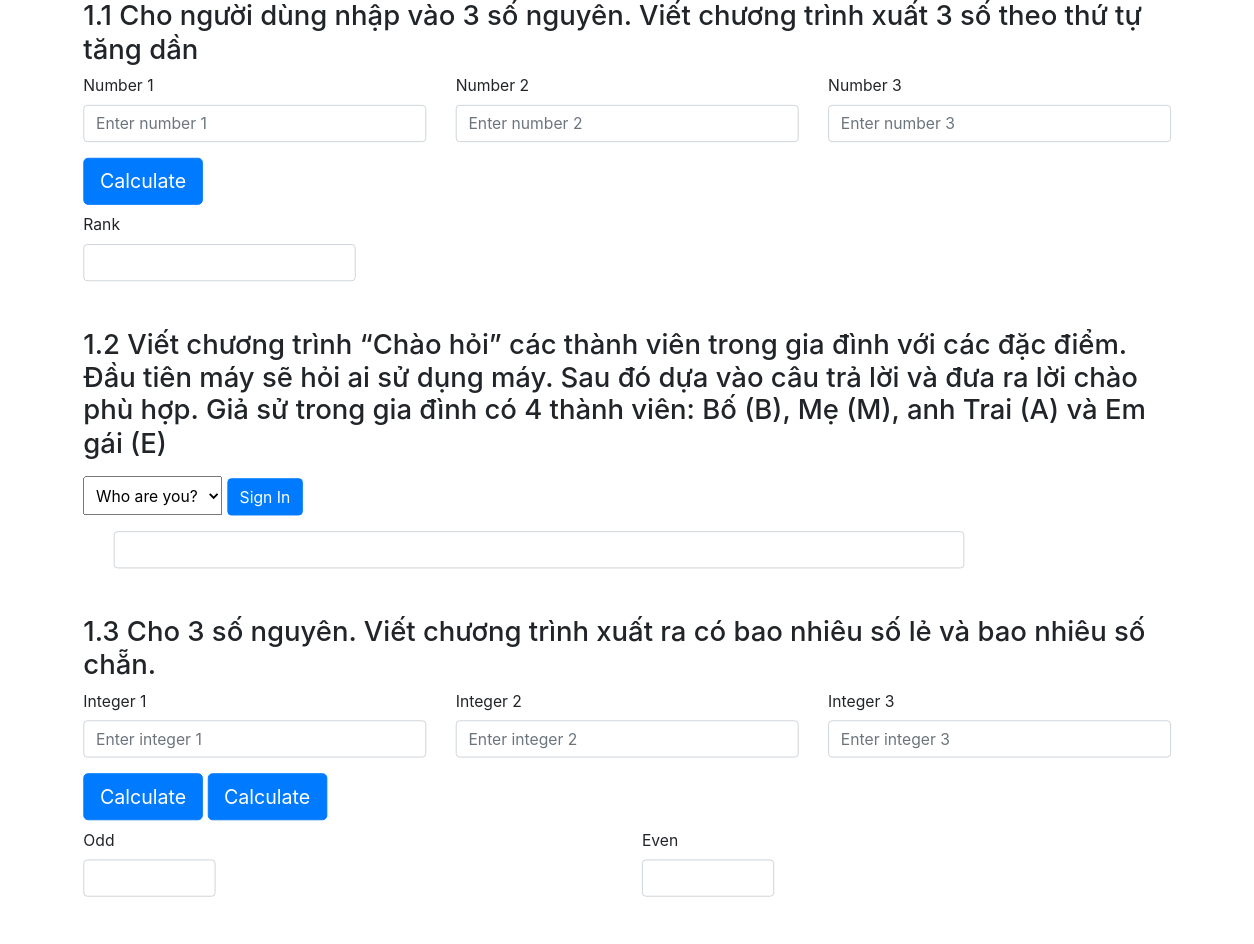
Repository: baobaodeveloper/bootscamp21__jsbasic__HuynhAnhBao
Page: index.html
The author's editor kept a copy of each file at every save. The page is drawn from the files as they stood at one save, then again after the next save.
The browser window is 1280 px wide. The pictures show the whole page, at 98% of full size.

Above is the page before, as saved 2022-03-10 19:05:27.

After the next save:
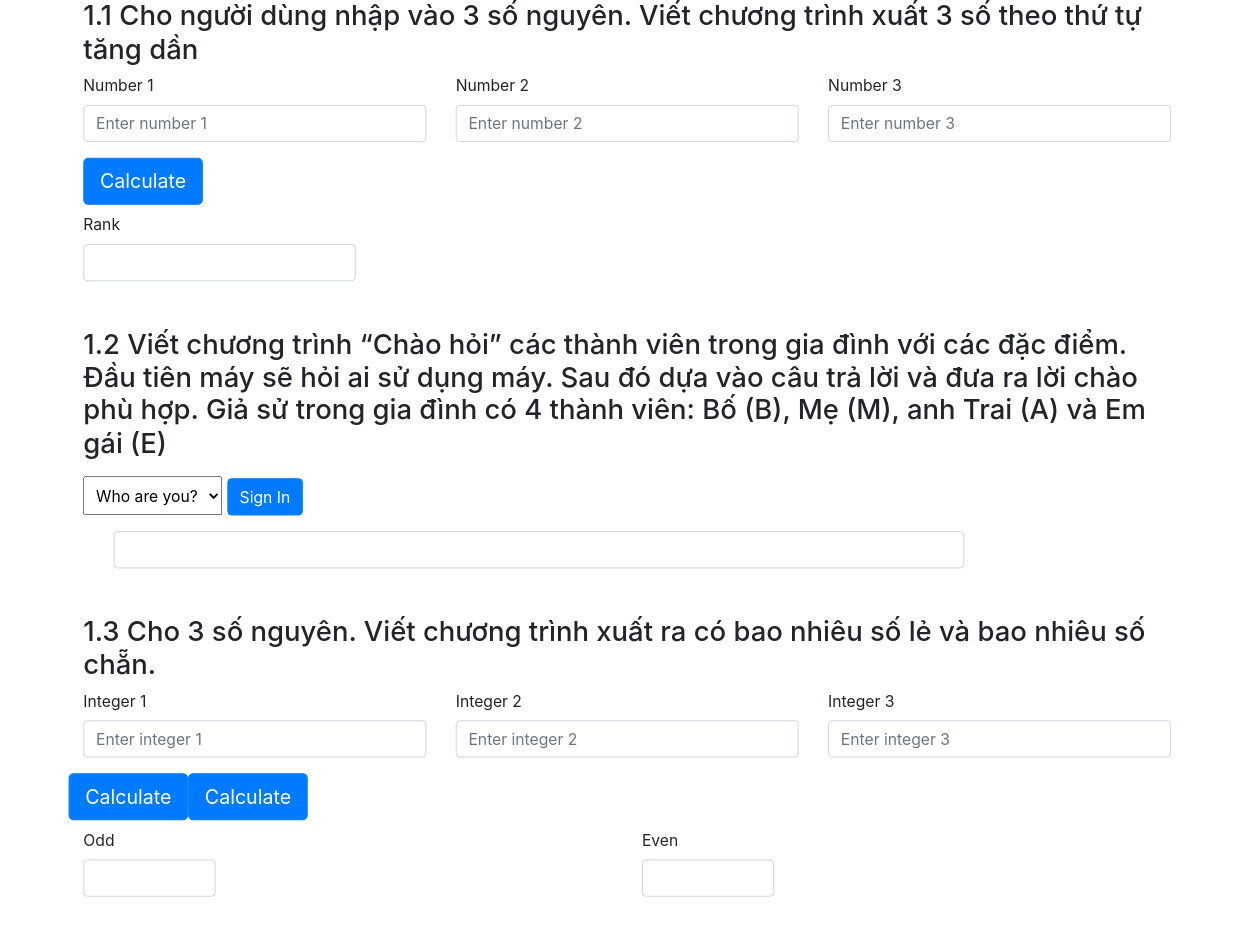
Saved 15 s later.
--- a/index.html
+++ b/index.html
@@ -128,19 +128,22 @@
         </div>
       </div>
 
-      <button
-        type="button "
-        class="btn btn-primary btn-lg mt-3 mb-2 btn-integer"
-      >
-        Calculate
-      </button>
+      <div class="row">
+        <button
+          type="button "
+          class="btn btn-primary btn-lg mt-3 mb-2 btn-integer"
+        >
+          Calculate
+        </button>
 
-      <button
-        type="button "
-        class="btn btn-primary btn-lg mt-3 mb-2 btn-integer"
-      >
-        Calculate
-      </button>
+        <button
+          type="button "
+          class="btn btn-primary btn-lg mt-3 mb-2 btn-integer"
+        >
+          Calculate
+        </button>
+      </div>
+
       <div class="row">
         <div class="mt-3 m-auto col">
           <label class="form-label">Odd</label>
